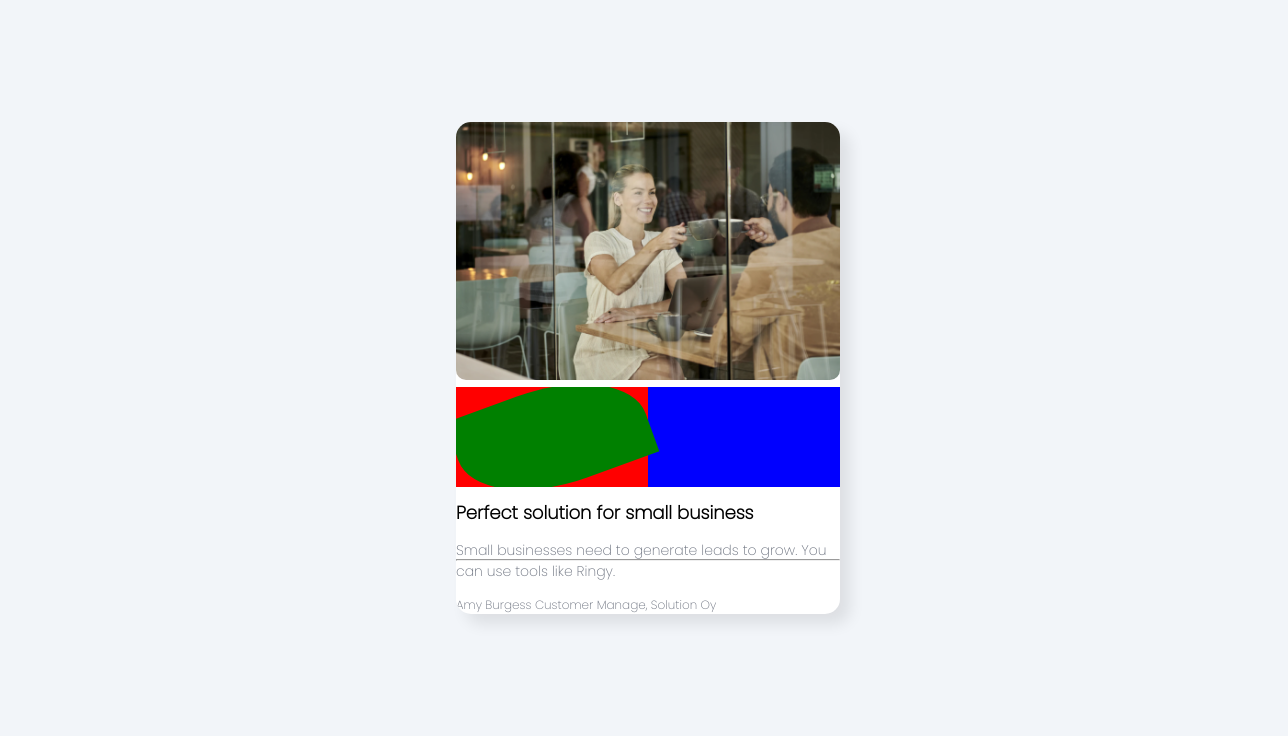
Repository: massndongo/business-blog-card
Page: index.html
These files come from the project's save history. The page is drawn as it stood at one moment and after a run of saves; the edit follows.
The browser window is 1280 px wide. The page is 1288 px wide, so the pictures cover 1288 px, including what lies to the right of the window. The pictures show the whole page.

Above is the page before, as saved 2023-11-08 04:03:55.

After the next 2 saves:
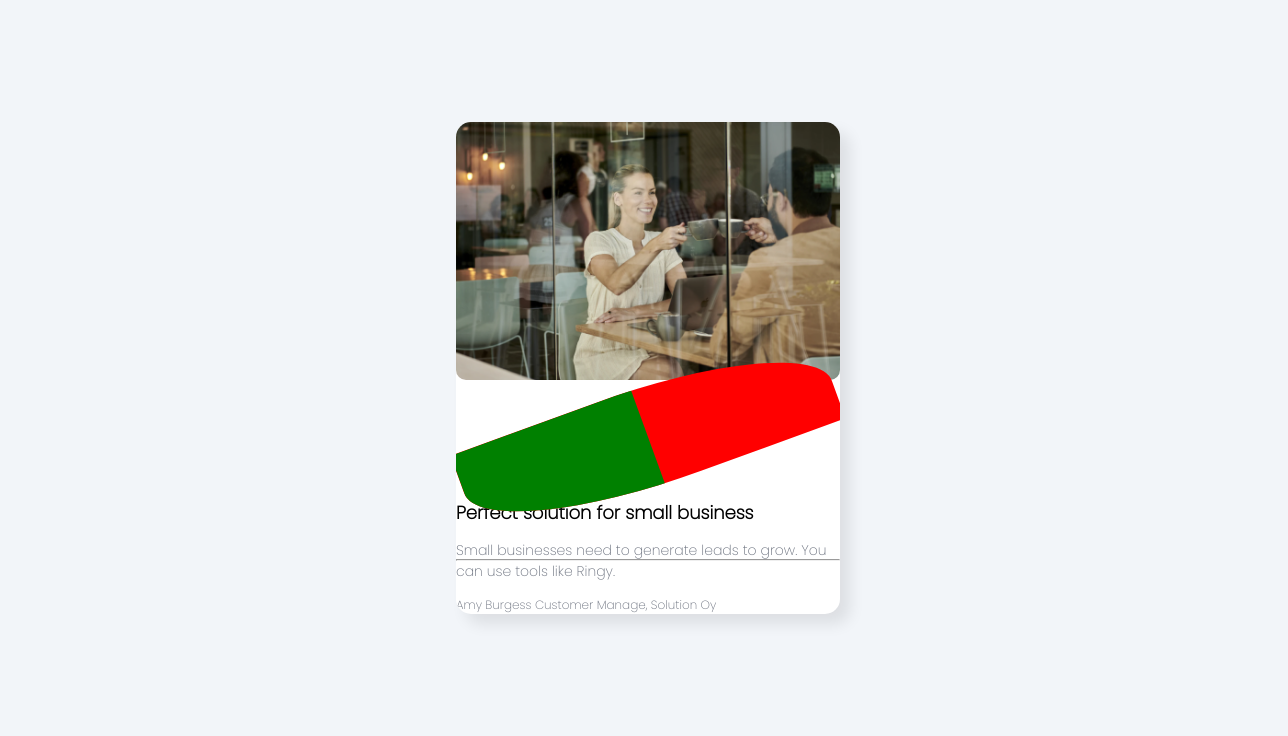
The 2 saves are shown as one change because they came seconds apart.
The last was saved 25 s later.
--- a/css/styles.css
+++ b/css/styles.css
@@ -33,14 +33,13 @@ body {
 .wavy{
     height: 100px;
     background-color: red;
-    display: flex;
+    border-radius: 0 60%;
+    transform: rotate(-20deg);
 }
 .waveRight{
     height: 100px;
     width: 50%;
     background-color: green;
-    border-radius: 0 60%;
-    transform: rotate(-20deg);
 }
 .waveLeft{
     height: 100px;
